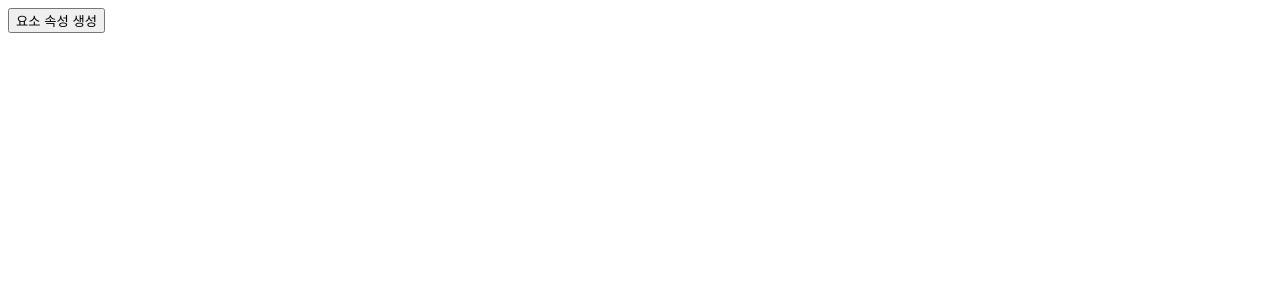
Repository: kimjoohye/study_WEB
Page: workspace/studyhtml5/WebContent/js/j09/h04.html
These files come from the project's save history. The page is drawn as it stood at one moment and after the next save; the edit follows.
The browser window is 1280 px wide. The pictures show the whole page.
After loading, the first visible `#bt` was clicked once.

Above is the page before, as saved 2022-05-09 02:13:25.

### workspace/studyhtml5/WebContent/js/j09/h04.html
<!DOCTYPE html>
<html>
<head>
<meta name="viewport" content="width=device-width,initial-scale=1.0">
<meta charset="UTF-8">
<!--스타일 시트 -->
<style type="text/css">
  div {
    position: fixed;
    left: 100px;
    top: 10px;
    width: 200px;
    height: 200px;
    background: #718c00;
  }
</style>

<title>Insert title here</title>
<!--자바스크립트 코드 -->
<script type="text/javascript">
   function createAttribute(){
	   console.log(`createAttribute`);

	   let bt = document.getElementById('bt');

	   function popup() {
		   console.log(`popup`);

	   };

	   bt.onclick = popup;
   }

   addEventListener('load', createAttribute);

</script>
</head>
<body>
   <button id="bt">요소 속성 생성</button>

</body>
</html>

After the next save:
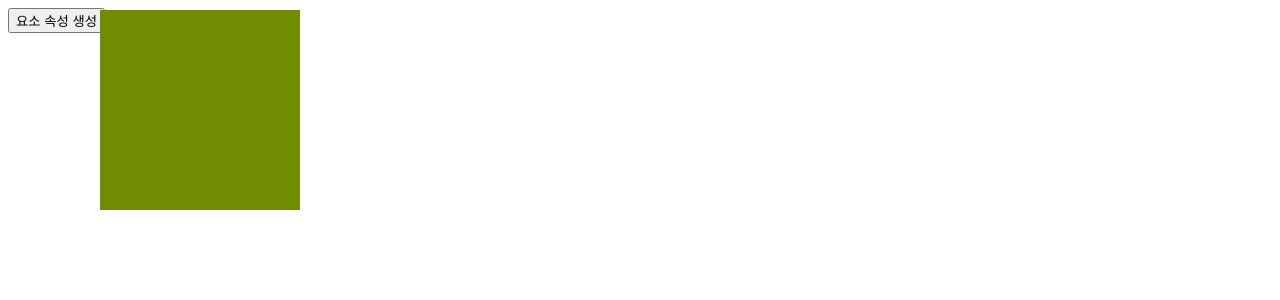
Saved 77 s later.
--- a/workspace/studyhtml5/WebContent/js/j09/h04.html
+++ b/workspace/studyhtml5/WebContent/js/j09/h04.html
@@ -24,7 +24,11 @@
 	   let bt = document.getElementById('bt');
 
 	   function popup() {
-		   console.log(`popup`);
+		   // console.log(`popup`);
+		   let div = document.createElement('div');
+
+		   // body에 div추가
+		   document.body.appendChild(div);
 
 	   };
 

After the 4 saves that followed:
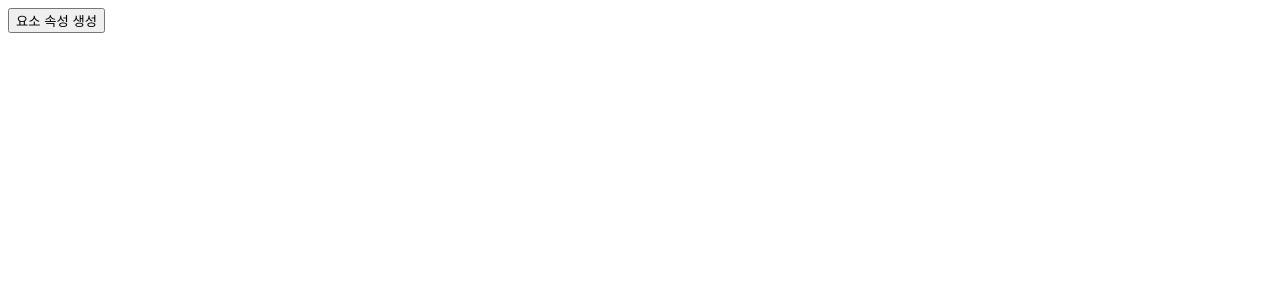
Console error (its wording comes from the project's code and is left out).
The 4 saves are shown as one change because 3 left the picture as it was.
The last was saved 98 s later.
--- a/workspace/studyhtml5/WebContent/js/j09/h04.html
+++ b/workspace/studyhtml5/WebContent/js/j09/h04.html
@@ -26,6 +26,11 @@
 	   function popup() {
 		   // console.log(`popup`);
 		   let div = document.createElement('div');
+		   let a = document.createElement('a');
+		   let txt = document.createTextNode('PCWK Cafe');
+
+		   // a > txt
+		   document.appendChild(txt);
 
 		   // body에 div추가
 		   document.body.appendChild(div);
